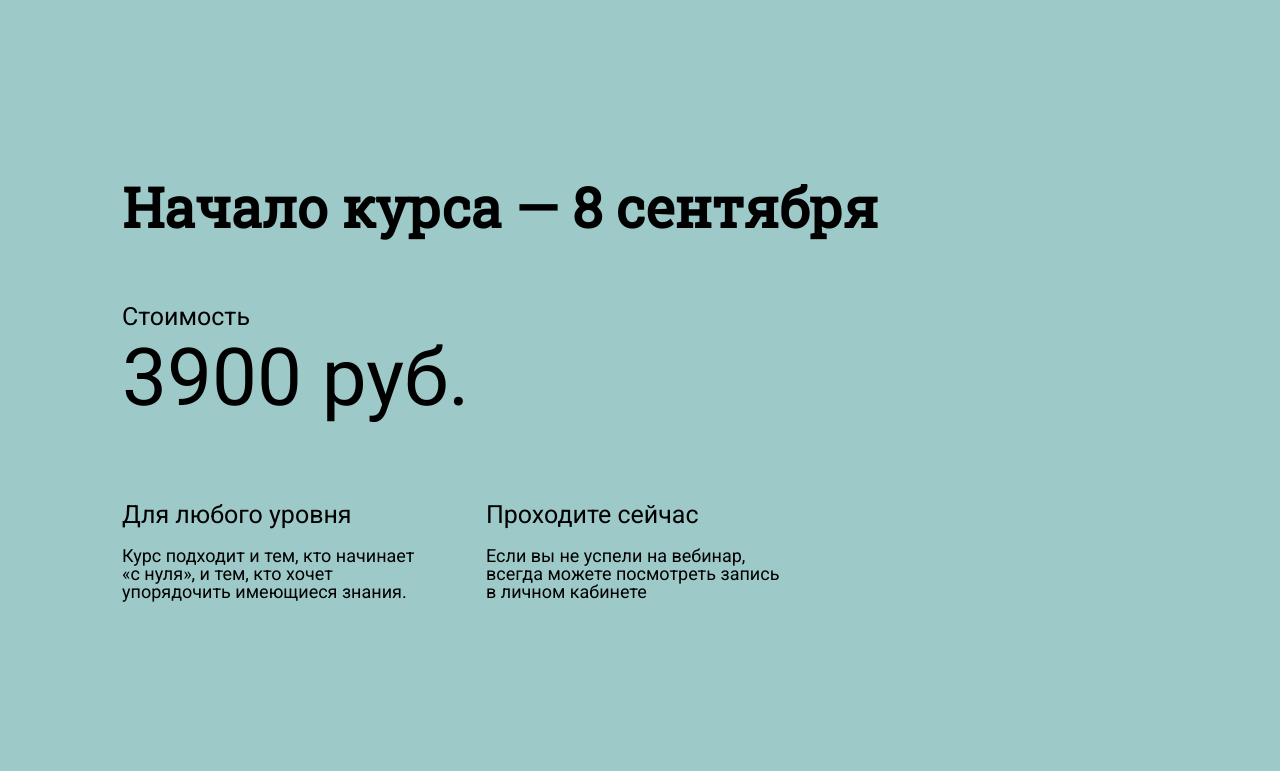
Repository: NatiqSamiyev/fiqma-task3
Page: index.html
The author's editor kept a copy of each file at every save. The page is drawn from the files as they stood at one save, then again after the next save.
The browser window is 1280 px wide. The pictures show the whole page.

Above is the page before, as saved 2023-08-09 13:28:04.

### index.html
<!DOCTYPE html>
<html lang="en">
  <head>
    <meta charset="UTF-8" />
    <meta name="viewport" content="width=device-width, initial-scale=1.0" />
    <link rel="stylesheet" href="index.css" />
    <title>Document</title>
  </head>
  <body>
    <div class="container">
      <h1>Начало курса — 8 сентября</h1>
      <h2>Стоимость</h2>
      <h3>3900 руб.</h3>
      <ul>
        <li>
          <h4>Для любого уровня</h4>
          <p>
            Курс подходит и тем, кто начинает «с нуля», и тем, кто хочет
            упорядочить имеющиеся знания.
          </p>
        </li>

        <li>
          <h4>Проходите сейчас</h4>
          <p>
            Если вы не успели на вебинар, всегда можете посмотреть запись в
            личном кабинете
          </p>
        </li>
      </ul>

    </div>
  </body>
</html>

### index.css
@import url("https://fonts.googleapis.com/css2?family=Roboto+Slab&family=Roboto:wght@400;700&display=swap");
* {
  margin: 0;
  padding: 0;
  box-sizing: border-box;
}

.container {
  width: 100%;
  min-height: 100vh;
  padding: 179px 0 170px 122px;
  background: #9dc9c8;
}

.container h1 {
  margin-bottom: 69px;
  color: #000;
  font-family: Roboto Slab;
  font-size: 55px;
  font-style: normal;
  font-weight: 700;
  line-height: 101.385%;
}

.container h2 {
  margin-bottom: 9px;
  color: #000;
  font-family: Roboto;
  font-size: 25px;
  font-style: normal;
  font-weight: 400;
  line-height: 101.385%;
}

.container h3 {
  color: #000;
  font-family: Roboto;
  font-size: 80px;
  font-style: normal;
  font-weight: 400;
  line-height: 101.385%;
}

.container ul {
  margin-top: 83px;
  display: flex;
}

.container ul li {
  list-style-type: none;
  margin-right: 70px;
  width: 294px;
}

.container h4 {
  margin-bottom: 20px;
  color: #000;
  font-family: Roboto;
  font-size: 25px;
  font-style: normal;
  font-weight: 400;
  line-height: 101.385%;
}

.container p {
  color: #000;
  font-family: Roboto;
  font-size: 18px;
  font-style: normal;
  font-weight: 400;
  line-height: 101.385%;
}

After the next save:
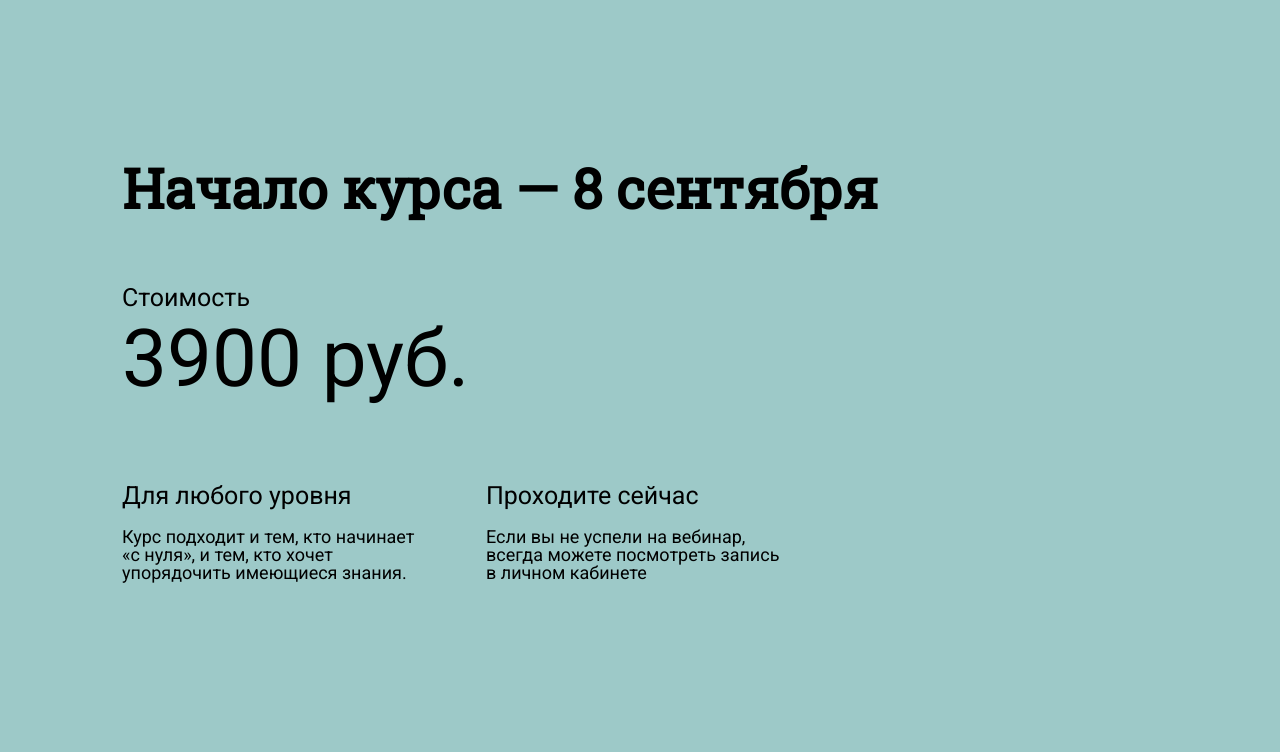
Saved 11 s later.
--- a/index.css
+++ b/index.css
@@ -8,7 +8,7 @@
 .container {
   width: 100%;
   min-height: 100vh;
-  padding: 179px 0 170px 122px;
+  padding: 160px 0 170px 122px;
   background: #9dc9c8;
 }
 
